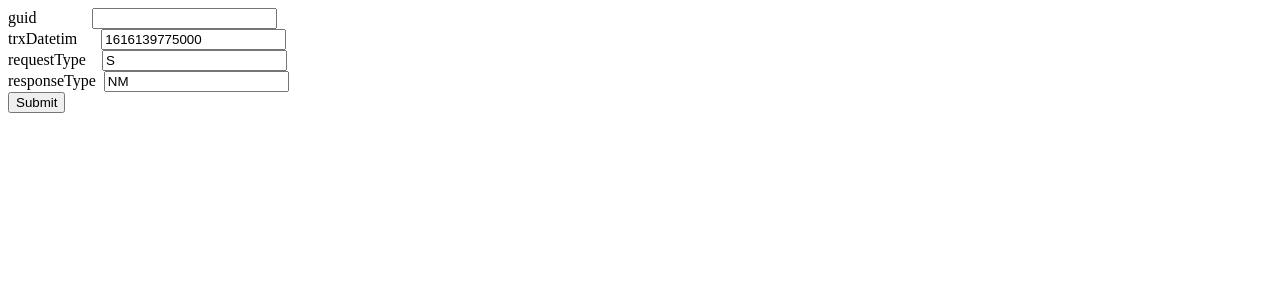
Repository: kchan75/kakaobank
Page: inserver/src/main/resources/static/index.html
The author's editor kept a copy of each file at every save. The page is drawn from the files as they stood at one save, then again after the next save.
The browser window is 1280 px wide. The pictures show the whole page.

Above is the page before, as saved 2021-03-24 01:22:33.
Console error: TypeError: Cannot set properties of null (setting 'value')

### inserver/src/main/resources/static/index.html
<html>
<head>
<title>test</title>
<script language="javascript">
	function time(){
	  var time= new Date(); //시간받기위해서 new date
		 document.getElementById("trxDatetim").value=time.getTime();
	     setInterval("time()",1000);     //1초 지난후 time()실행
	     document.getElementById("guid").value=time.getTime();
	}
</script>
</head>

<body onload="time()">
	<form id="formElem">
		<label> guid&nbsp; &nbsp; &nbsp; &nbsp; &nbsp;&nbsp; &nbsp;&nbsp; </label><input type="text" name="guid"><br/>
		<label> trxDatetim &nbsp; &nbsp;&nbsp; </label> <input type="text" id="trxDatetim" > <br/>
		<label> requestType&nbsp; &nbsp; </label> <input type="text" name="requestType" value="S"> <br/>
		<label> responseType&nbsp;  </label> <input type="text" name="responseType" value="NM"> <br/>
		<input type="submit">
	</form>
	<div id="div"></div>
</body>

<script>
    formElem.onsubmit = async (e) => {
      e.preventDefault();
      var form = document.querySelector("#formElem");
     // var form = document.forms[0];

        data = {
          "common":
          {
        	  firstName : form.querySelector('input[name="firstname"]').value,
          	  lastName : form.querySelector('input[name="lastname"]').value,
          	  age : 5
          },
	      "biz":
	      {
	      	  bizFirst : form.querySelector('input[name="firstname"]').value,
	      	  bizLast : form.querySelector('input[name="lastname"]').value,
	          age : 12
	      }
        }



		let ip = form.querySelector('input[name="firstname"]').value
        let response = await fetch('http://localhost:8080/kchan', {
                method: 'POST', // or 'PUT'
                headers: {
                    'Content-Type': 'application/json',
                    'Access-Control-Allow-Origin':'*'
                },
                body: JSON.stringify(data),
        })

        //let text = await response.text(); // read response body as text
        console.log("TEST");
        console.log(response);

        document.querySelector("#div").innerHTML = response.data;
    };
</script>
</html>

After the next save:
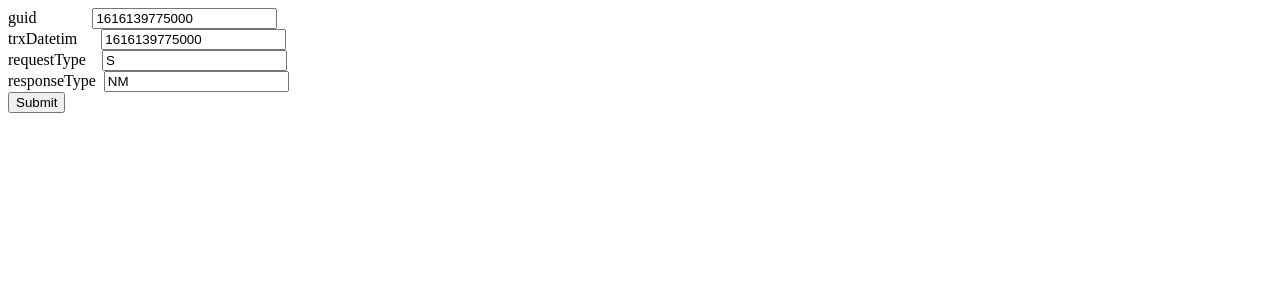
The error is gone.
Saved 19 s later.
--- a/inserver/src/main/resources/static/index.html
+++ b/inserver/src/main/resources/static/index.html
@@ -13,7 +13,7 @@
 
 <body onload="time()">
 	<form id="formElem">
-		<label> guid&nbsp; &nbsp; &nbsp; &nbsp; &nbsp;&nbsp; &nbsp;&nbsp; </label><input type="text" name="guid"><br/>
+		<label> guid&nbsp; &nbsp; &nbsp; &nbsp; &nbsp;&nbsp; &nbsp;&nbsp; </label><input type="text" id="guid"><br/>
 		<label> trxDatetim &nbsp; &nbsp;&nbsp; </label> <input type="text" id="trxDatetim" > <br/>
 		<label> requestType&nbsp; &nbsp; </label> <input type="text" name="requestType" value="S"> <br/>
 		<label> responseType&nbsp;  </label> <input type="text" name="responseType" value="NM"> <br/>
